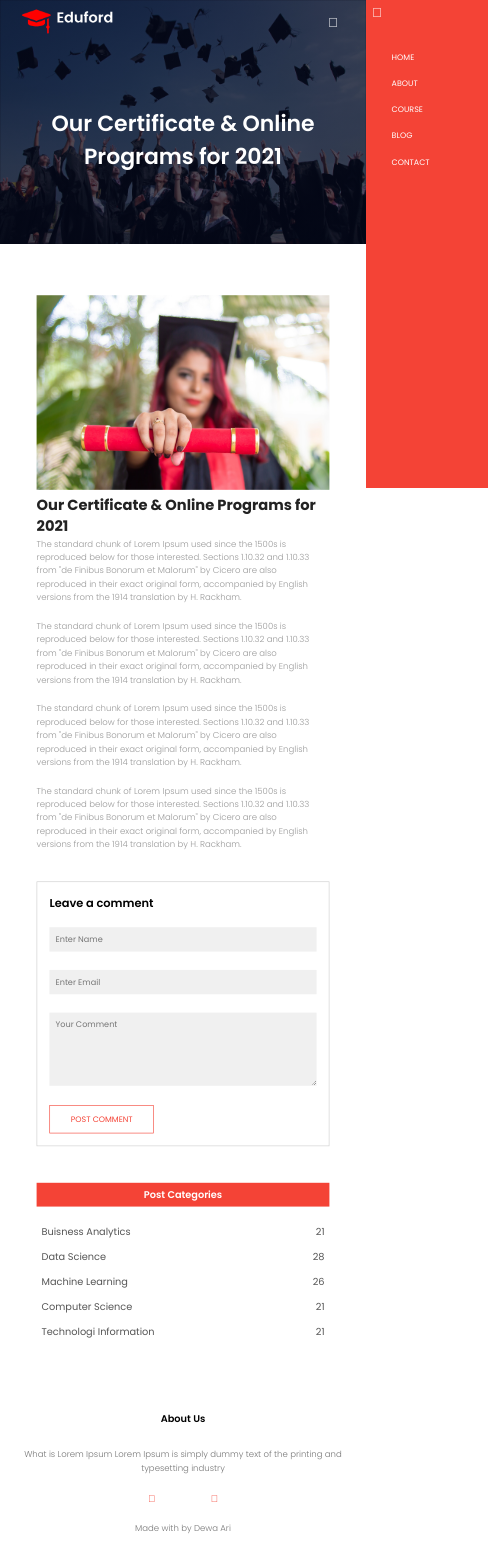
Repository: dewaary/company-profile
Page: blog.html
An editor plug-in stored every save of this project. The page is shown before and after the next save, followed by the edit.
The browser window is 600 px wide. The page is 800 px wide, so the pictures cover 800 px, including what lies to the right of the window. The pictures show the whole page, at 61% of full size.

Above is the page before, as saved 2021-05-08 00:11:59.

### blog.html
<!DOCTYPE html>
<html lang="en">

<head>
    <meta charset="UTF-8" />
    <meta http-equiv="X-UA-Compatible" content="IE=edge" />
    <meta name="viewport" content="width=device-width, initial-scale=1.0" />
    <title>University Website Design</title>
    <link rel="stylesheet" href="style.css" />
    <link rel="preconnect" href="https://fonts.gstatic.com" />
    <link href="https://fonts.googleapis.com/css2?family=Poppins:wght@200;300;400;600;700&display=swap"
        rel="stylesheet" />
    <link rel="stylesheet"
        href="https://cdn.jsdelivr.net/npm/@fortawesome/fontawesome-free@5.15.3/css/fontawesome.min.css" />
</head>

<body>
    <section class="sub-header">
        <nav>
            <a href="index.html"><img src="images/logo.png" /></a>
            <div class="nav-links" id="navLinks">
                <i class="fa fa-times" onclick="hideMenu()"></i>
                <ul>
                    <li><a href="">HOME</a></li>
                    <li><a href="">ABOUT</a></li>
                    <li><a href="">COURSE</a></li>
                    <li><a href="">BLOG</a></li>
                    <li><a href="">CONTACT</a></li>
                </ul>
            </div>
            <i class="fa fa-bars" onclick="showMenu()"></i>
        </nav>
        <h1>Our Certificate & Online Programs for 2021</h1>
    </section>

    <section class="blog-content">
        <div class="row">
            <div class="blog-left">
                <img src="images/certificate.jpg" />
                <h2>Our Certificate & Online Programs for 2021</h2>
                <p>
                    The standard chunk of Lorem Ipsum used since the 1500s is reproduced
                    below for those interested. Sections 1.10.32 and 1.10.33 from "de
                    Finibus Bonorum et Malorum" by Cicero are also reproduced in their
                    exact original form, accompanied by English versions from the 1914
                    translation by H. Rackham.
                </p>
                <br />
                <p>
                    The standard chunk of Lorem Ipsum used since the 1500s is reproduced
                    below for those interested. Sections 1.10.32 and 1.10.33 from "de
                    Finibus Bonorum et Malorum" by Cicero are also reproduced in their
                    exact original form, accompanied by English versions from the 1914
                    translation by H. Rackham.
                </p>
                <br />
                <p>
                    The standard chunk of Lorem Ipsum used since the 1500s is reproduced
                    below for those interested. Sections 1.10.32 and 1.10.33 from "de
                    Finibus Bonorum et Malorum" by Cicero are also reproduced in their
                    exact original form, accompanied by English versions from the 1914
                    translation by H. Rackham.
                </p>
                <br />
                <p>
                    The standard chunk of Lorem Ipsum used since the 1500s is reproduced
                    below for those interested. Sections 1.10.32 and 1.10.33 from "de
                    Finibus Bonorum et Malorum" by Cicero are also reproduced in their
                    exact original form, accompanied by English versions from the 1914
                    translation by H. Rackham.
                </p>

                <div class="comment-box">
                    <h3>Leave a comment</h3>

                    <form class="comment-form">
                        <input type="text" placeholder="Enter Name">
                        <input type="email" placeholder="Enter Email">
                        <textarea rows="5" placeholder="Your Comment"></textarea>
                        <button type="submit" class="hero-btn red-btn">POST COMMENT</button>
                    </form>
                </div>
            </div>
            <div class="blog-right">
                <h3>Post Categories</h3>
                <div>
                    <span>Buisness Analytics</span>
                    <span>21</span>
                </div>
                <div>
                    <span>Data Science</span>
                    <span>28</span>
                </div>
                <div>
                    <span>Machine Learning</span>
                    <span>26</span>
                </div>
                <div>
                    <span>Computer Science</span>
                    <span>21</span>
                </div>
                <div>
                    <span>Technologi Information</span>
                    <span>21</span>
                </div>
            </div>
        </div>
    </section>

    <section class="footer">
        <h4>About Us</h4>
        <p>
            What is Lorem Ipsum Lorem Ipsum is simply dummy text of the printing and
            typesetting industry
        </p>
        <div class="icons">
            <i class="fa fa-facebook"></i>
            <i class="fa fa-Twitter"></i>
            <i class="fa fa-Instagram"></i>
            <i class="fa fa-linkedin"></i>
        </div>
        <p>Made with <i class="fa fa-heart-0"></i>by Dewa Ari</p>
    </section>

    <!---- Javascript for Toggle Menu ---->
    <script>
        var navLinks = document.getElementById("navLinks");

        function showMenu() {
            navLinks.style.right = "0";
        }
        function hideMenu() {
            navLinks.style.right = "-200px";
        }
    </script>
</body>

</html>

### style.css
* {
  margin: 0;
  padding: 0;
  font-family: "Poppins", sans-serif;
}

.header {
  min-height: 100vh;
  width: 100%;
  background-image: linear-gradient(rgba(4, 9, 30, 0.7), rgba(4, 9, 30, 0.7)),
    url(images/banner.png);
  background-position: center;
  background-size: cover;
  position: relative;
}

nav {
  display: flex;
  padding: 2% 6%;
  justify-content: space-between;
  align-items: center;
}

nav img {
  width: 150px;
}

.nav-links {
  flex: 1;
  text-align: right;
}

.nav-links ul li {
  list-style: none;
  display: inline-block;
  padding: 8px 12px;
  position: relative;
}

.nav-links ul li a {
  color: #fff;
  text-decoration: none;
  font-size: 13px;
}

.nav-links ul li::after {
  content: "";
  width: 0%;
  height: 2px;
  background: #f44336;
  display: block;
  margin: auto;
  transition: 0.5s;
}

.nav-links ul li:hover::after {
  width: 100%;
}

.text-box {
  width: 90%;
  color: #fff;
  position: absolute;
  top: 50%;
  left: 50%;
  transform: translate(-50%, -50%);
  text-align: center;
}

.text-box h1 {
  font-size: 62px;
}

.text-box p {
  margin: 10px 0 40px;
  font-size: 14px;
  color: #fff;
}

.hero-btn {
  display: inline-block;
  text-decoration: none;
  color: #fff;
  border: 1px solid #fff;
  padding: 12px 34px;
  font-size: 13px;
  background: transparent;
  position: relative;
  cursor: pointer;
}

.hero-btn:hover {
  border: 1px solid #f44336;
  background: #f44336;
  transition: 1s;
}

nav .fa {
  display: none;
}

@media (max-width: 700px) {
  .text-box h1 {
    font-size: 20px;
  }

  .nav-links ul li {
    display: block;
  }
  .nav-links {
    position: absolute;
    background: #f44336;
    height: 100vh;
    width: 200px;
    top: 0;
    right: -200px;
    text-align: left;
    z-index: 2;
    transition: 1s;
  }

  nav .fa {
    display: block;
    color: #fff;
    margin: 10px;
    font-size: 22px;
    cursor: pointer;
  }

  .nav-links ul {
    padding: 30px;
  }
}

/*---- Course ------ */

.course {
  width: 80%;
  margin: auto;
  text-align: center;
  padding-top: 100px;
}

h1 {
  font-size: 36px;
  font-weight: 600;
}

p {
  color: #777;
  font-size: 14px;
  font-weight: 300;
  line-height: 22px;
  padding: 10px;
}

.row {
  margin-top: 5%;
  display: flex;
  justify-content: space-between;
}

.course-col {
  flex-basis: 31%;
  background: #fff3f3;
  border-radius: 10px;
  margin-bottom: 5%;
  padding: 20px 12px;
  box-sizing: border-box;
  transition: 0.5s;
}

h3 {
  text-align: center;
  font-weight: 600;
  margin: 10px 0;
}

.course-col:hover {
  box-shadow: 0 0 20px 0px rgba(0, 0, 0, 0.2);
}

@media (max-width: 700px) {
  .row {
    flex-direction: column;
  }
}

.campus {
  width: 80%;
  margin: auto;
  text-align: center;
  padding-top: 50px;
}

.campus-col {
  flex-basis: 32%;
  border-radius: 10px;
  margin-bottom: 30px;
  position: relative;
  overflow: hidden;
}
.campus-col img {
  width: 100%;
  display: block;
}

.layer {
  background: transparent;
  height: 100%;
  width: 100%;
  position: absolute;
  top: 0;
  left: 0;
  transition: 0.5s;
}

.layer:hover {
  background: rgba(226, 0, 0, 0.7);
}

.layer h3 {
  width: 100%;
  font-weight: 500;
  color: #fff;
  font-size: 26px;
  bottom: 0;
  left: 50%;
  transform: translateX(-50%);
  position: absolute;
  transition: 0.5s;
}

.layer:hover h3 {
  bottom: 49%;
  opacity: 1;
}

.facilities {
  width: 80%;
  margin: auto;
  text-align: center;
  padding-top: 100px;
}

.facilities-col {
  flex-basis: 31%;
  border-radius: 10px;
  margin-bottom: 5%;
  text-align: left;
}

.facilities-col img {
  width: 100%;
  border-radius: 10px;
}

.facilities-col p {
  padding: 0%;
}

.facilities-col h3 {
  margin-top: 16px;
  margin-bottom: 15px;
  text-align: left;
}

.testimonials {
  width: 80%;
  margin: auto;
  padding-top: 100px;
  text-align: center;
}

.testimonials-col {
  flex-basis: 44%;
  border-radius: 10px;
  margin-bottom: 5%;
  text-align: left;
  background: #fff3f3;
  padding: 25px;
  cursor: pointer;
  display: flex;
}

.testimonials-col img {
  height: 40px;
  margin-left: 5px;
  margin-right: 30px;
  border-radius: 50%;
}

.testimonials-col p {
  padding: 0;
}

.testimonials-col h3 {
  margin-top: 15px;
  text-align: left;
}

.testimonials-col .fa {
  color: #f44336;
}

@media (max-width: 700px) {
  .testimonials-col img {
    margin-left: 0px;
    margin-right: 15px;
  }
}

.cta {
  margin: 100px auto;
  width: 80%;
  background-image: linear-gradient(rgba(0, 0, 0, 0.7), rgba(0, 0, 0, 0.7)),
    url(images/banner2.jpg);
  background-position: center;
  background-size: cover;
  border-radius: 10px;
  text-align: center;
  padding: 100px 0;
}

.cta h1 {
  color: #fff;
  margin-bottom: 40px;
  padding: 0;
}

@media (max-width: 700px) {
  .cta h1 {
    font-size: 20px;
  }
}

.footer {
  width: 100%;
  text-align: center;
  padding: 30px 0;
}

.footer h4 {
  margin-bottom: 25px;
  margin-top: 20px;
  font-weight: 600;
}

.icons .fa {
  color: #f44336;
  margin: 0 13px;
  cursor: pointer;
  padding: 18px 0;
}

.fa-heart-0 {
  color: #f44336;
}

/*--------- About Us Page --------- */

.sub-header {
  height: 50vh;
  width: 100%;
  background-image: linear-gradient(rgba(4, 9, 30, 0.7), rgba(4, 9, 30, 0.7)),
    url(images/background.jpg);
  background-position: center;
  background-size: cover;
  text-align: center;
  color: #fff;
}

.sub-header h1{
  margin-top: 100px;
}

.about-us {
  width: 80%;
  margin: auto;
  padding-top: 80px;
  padding-bottom: 50px;
}

.about-col {
  flex-basis: 48%;
  padding: 30px 2px;
}

.about-col img{
  width: 100%;
}

.about-col h1{
  padding-top: 0;
}

.about-col p{
  padding: 15px 0 25px;
}

.red-btn {
  border: 1px solid #f44336;
  background: transparent;
  color: #f44336;
}

.red-btn:hover{
  color: #fff;
}

.blog-content {
  width: 80%;
  margin: auto;
  padding: 60px 0;
}

.blog-left{
  flex-basis: 65%;
}

.blog-left img{
  width: 100%;
}

.blog-left h2{
  color: #222;
  font-weight: 30px 0;
}

.blog-left p{
  color: #999;
  padding: 0;
}

.blog-right {
  flex-basis: 32%;
}

.blog-right h3{
  background: #f44336;
  color: #fff;
  padding: 7px 0;
  font-size: 16px;
  margin-bottom: 20px;
}

.blog-right div{
  display: flex;
  align-items: center;
  justify-content: space-between;
  color: #555;
  padding: 8px;
  box-sizing: border-box;
}

.comment-box{
  border: 1px solid #ccc;
  margin: 50px 0;
  padding: 10px 20px;
}

.comment-box h3{
  text-align: left;
}

.comment-form input, .comment-form textarea{
  width: 100%;
  padding: 10px;
  margin: 15px 0;
  box-sizing: border-box;
  border: none;
  outline: none;
  background: #f0f0f0;
}

.comment-form button{
  margin: 10px 0;
}

After the next save:
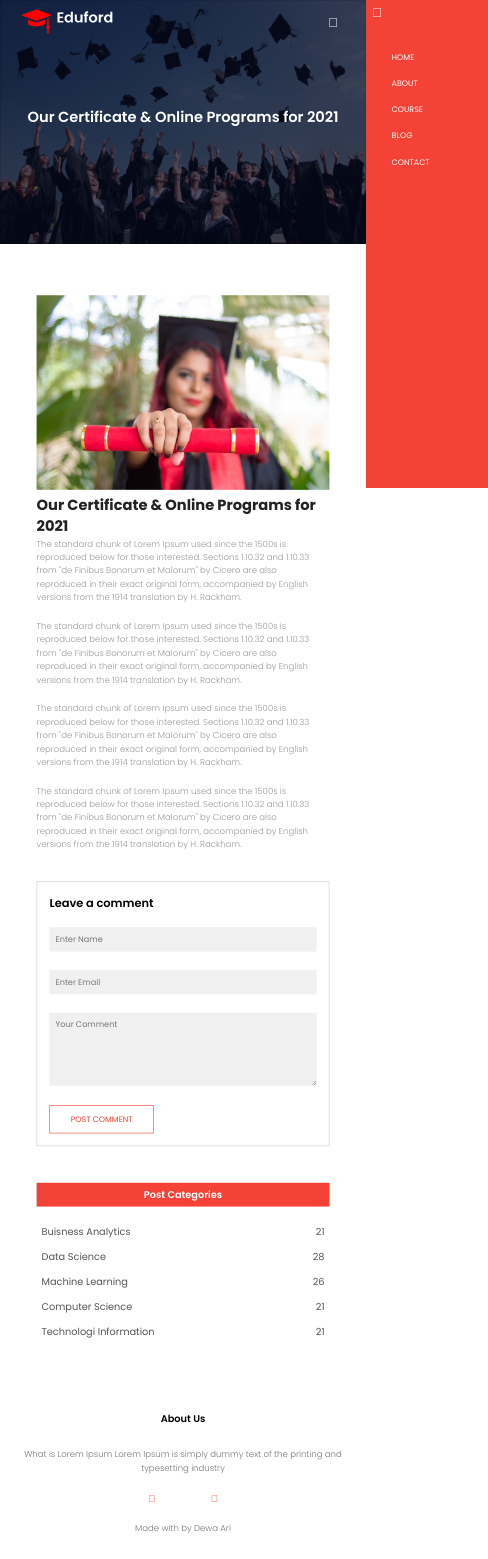
Saved 89 s later.
--- a/style.css
+++ b/style.css
@@ -476,3 +476,10 @@ h3 {
 .comment-form button{
   margin: 10px 0;
 }
+
+@media(max-width: 700px)
+{
+  .sub-header h1{
+    font-size: 24px;
+  }
+}
